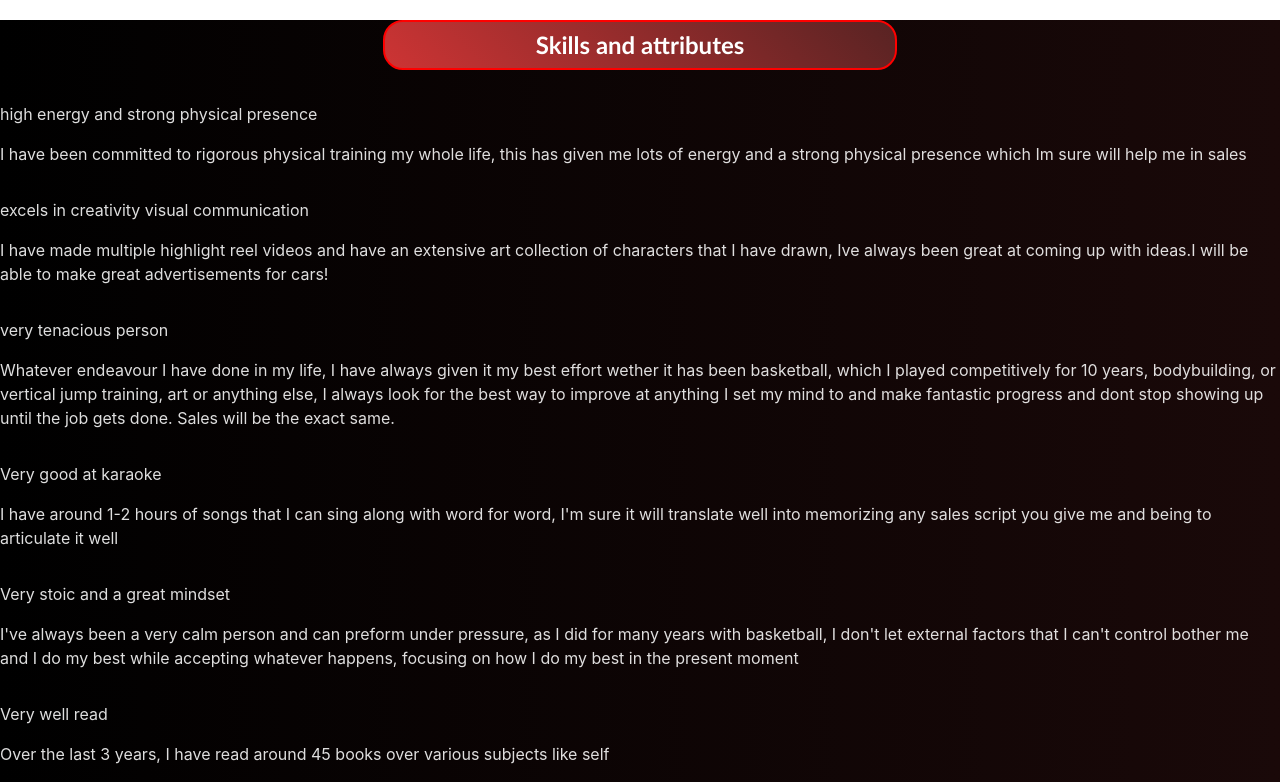
Repository: TMuse333/resume1
Page: /
These files come from the project's save history. The page is drawn as it stood at one moment and after the next save; the edit follows.
The browser window is 1280 px wide. The pictures show the whole page.
The project was rebuilt for these pictures with package versions that can differ from the ones it lists, and the page was loaded fresh each time. Also part of the build but not shown: vite.config.js, src/components/navbar.jsx, src/components/about.jsx, src/components/contact.jsx, src/components/footer.jsx, src/components/experience.jsx, src/components/carousel.jsx, src/components/experienceCarousel.jsx and 4 more. Imported but missing from the stored project, and not drawn on this page: src/images/best_dunk.mp4.

Above is the page before, as saved 2023-10-18 15:04:08.

After the next save:
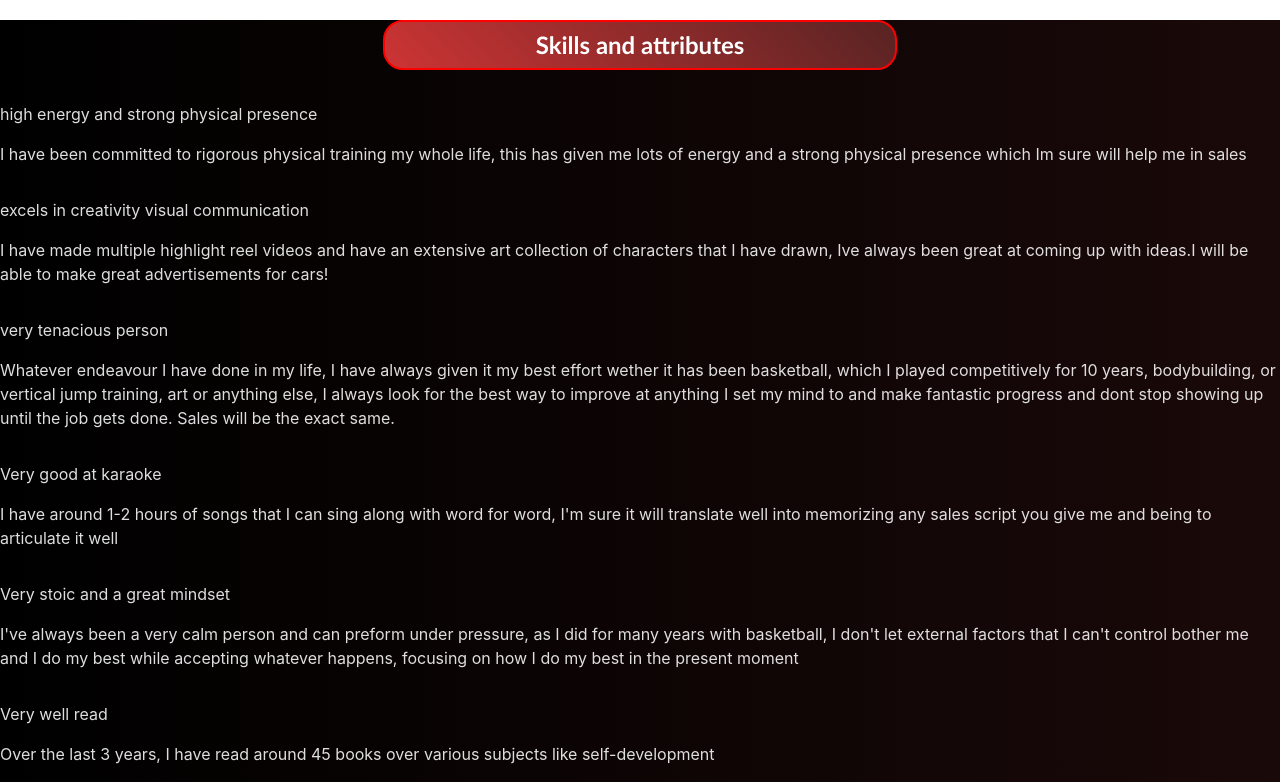
Saved 5 s later.
--- a/src/components/skillDesc.js
+++ b/src/components/skillDesc.js
@@ -244,7 +244,7 @@ export const attributes = [
   },
   {
     name:'Very well read',
-    description:'Over the last 3 years, I have read around 45 books over various subjects like self'
+    description:'Over the last 3 years, I have read around 45 books over various subjects like self-development'
   }
 
 ]
